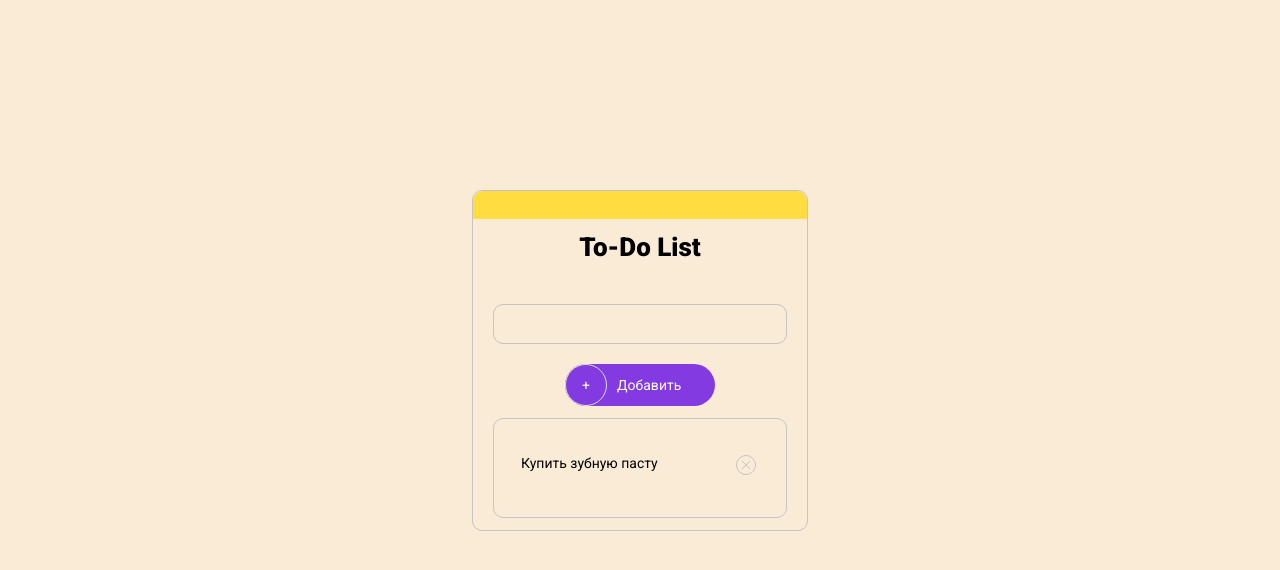
Repository: NatiqSamiyev/To-do-List-js
Page: insex.html
These files come from the project's save history. The page is drawn as it stood at one moment and after the next save; the edit follows.
The browser window is 1280 px wide. The pictures show the whole page.
Some web fonts or font styles are not loaded; a fallback is used.

Above is the page before, as saved 2023-10-31 12:07:08.

### insex.html
<!DOCTYPE html>
<html lang="en">
  <head>
    <meta charset="UTF-8" />
    <meta name="viewport" content="width=device-width, initial-scale=1.0" />
    <title>Document</title>
    <link rel="stylesheet" href="index.css" />
  </head>
  <body>
    <div class="list-container">
      <div class="card">
        <div class="color">
          <div class="yellow-box"></div>
          <h1>To-do list</h1>
        </div>
        <main>
          <form action="">
            <label for="">
              <input type="text" class="text-input" required />
            </label>
            <button class="submit-btn">
              <div class="circle">+</div>
              <p>Добавить</p>
            </button>
          </form>
          <ul>
            <li>
              <h3>Купить зубную пасту</h3>
              <button>
                <img src="./image/Group 56.svg" alt="" />
              </button>
            </li>
          </ul>
        </main>
      </div>
    </div>
  </body>
  <script src="./index.js"></script>
</html>

### index.css
@import url("https://fonts.googleapis.com/css2?family=Epilogue:wght@400;600;700;800&family=Inter:wght@400;500;600;700&family=Laila:wght@700&family=Open+Sans:wght@400;600;700;800&family=Roboto+Slab:wght@700&family=Roboto:wght@400;700;900&display=swap");

* {
  margin: 0;
  padding: 0;
  box-sizing: border-box;
}

.list-container {
  width: 100%;
  min-height: 100vh;
  display: flex;;
  justify-content: center;
  align-items: center;
  background-color: antiquewhite;
}

.card {
  width: 336px;
  /* height: 236px; */

  border-radius: 10px;
  border: 1px solid #c4c4c4;
  background: rgba(196, 196, 196, 0);
}
main{
  padding: 0 20px;
}
.yellow-box{
  height: 28px;
width: 100%;
background-color: #FFDC40;
border-top-right-radius: 10px;
border-top-left-radius: 10px;
}
form .color img {
  width: 100%;
  height: 28px;
}

.color h1 {
  margin-top: 13px;
  color: #000;
  text-align: center;
  font-family: Roboto;
  font-size: 26px;
  font-style: normal;
  font-weight: 900;
  line-height: normal;
  text-transform: capitalize;
}

input {
  margin-top: 42px;
  padding: 10px 15px;
  width: 100%;
  height: 40px;
  border-radius: 10px;
  border: 1px solid #c4c4c4;
  background: rgba(196, 196, 196, 0);
  cursor: pointer;
}


ul {
  margin-bottom: 12px;
  margin-top: 12px;
  padding: 12px 30px 12px 27px;
  width: 100%;
  height: 100px;
  border-radius: 10px;
border: 1px solid #C4C4C4;
background: rgba(196, 196, 196, 0.00);
}

ul li {
  margin-top: 24px;
  list-style-type: none;
  display: flex;
  justify-content: space-between;
}

ul li h3 {
  color: #000;
  font-family: Roboto;
  font-size: 14px;
  font-style: normal;
  font-weight: 400;
  line-height: normal;
}

ul li img {
  width: 20px;
  height: 20px;
}
button{
  border: none;
  background: none;
}
.submit-btn {
  width: 150px;
  height: 42px;
  margin: auto;
  margin-top: 20px;
  display: flex;
  align-items: center;
  background-color: #833ae0;
  border-radius: 25px;
  border: none;

  color: #fff;
  text-align: center;
  font-family: Roboto;
  font-size: 14px;
  font-style: normal;
  font-weight: 400;
  line-height: normal;
}
button .circle {
  margin-right: 10px;
  border-radius: 50%;
  width: 42px;
  height: 42px;
  border: 0.5px solid gainsboro;
  display: flex;
  justify-content: center;
  align-items: center;
}

### index.js
let form=document.querySelector('form')
let btn=document.querySelector('button')
let ul=document.querySelector('ul')
let input=document.querySelector('.text-input')


form.addEventListener('submit', sumbitForm)
function sumbitForm(e) {
    e.preventDefault()
    console.log('kjh');
    ul.innerHTML +=`
    <li>
     <h3>Почистить зубы</h3>
     <img src="./image/Group 56.svg" alt="">
     <p>${input.value}</p>
    </li>

    <li>
     <h3>Купить зубную пасту</h3>
     <img src="./image/Group 56.svg" alt="">
    </li>

    <li>
     <h3>Умыться</h3>
     <img src="./image/Group 56.svg" alt="">
    </li>

    <li>
     <h3>Выпить кофе</h3>
     <img src="./image/Group 56.svg" alt="">
    </li>

    <li>
     <h3>Принять душ</h3>
     <img src="./image/Group 56.svg" alt="">
    </li>
`;
// form.reset();

}

After the next save:
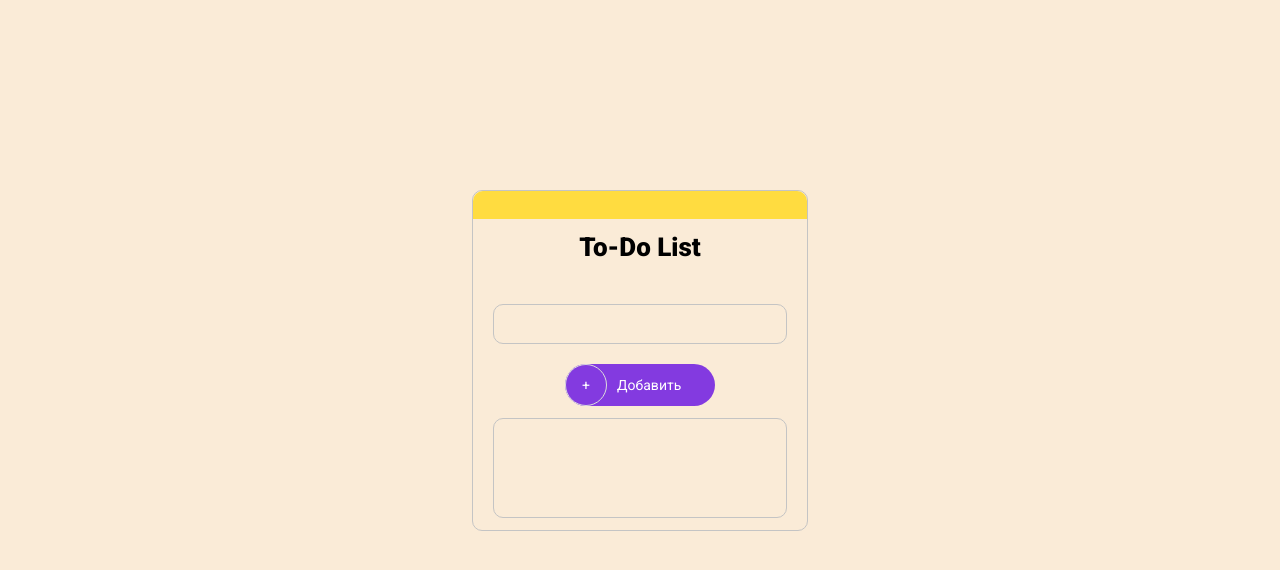
Saved 22 s later.
--- a/insex.html
+++ b/insex.html
@@ -24,12 +24,7 @@
             </button>
           </form>
           <ul>
-            <li>
-              <h3>Купить зубную пасту</h3>
-              <button>
-                <img src="./image/Group 56.svg" alt="" />
-              </button>
-            </li>
+
           </ul>
         </main>
       </div>
